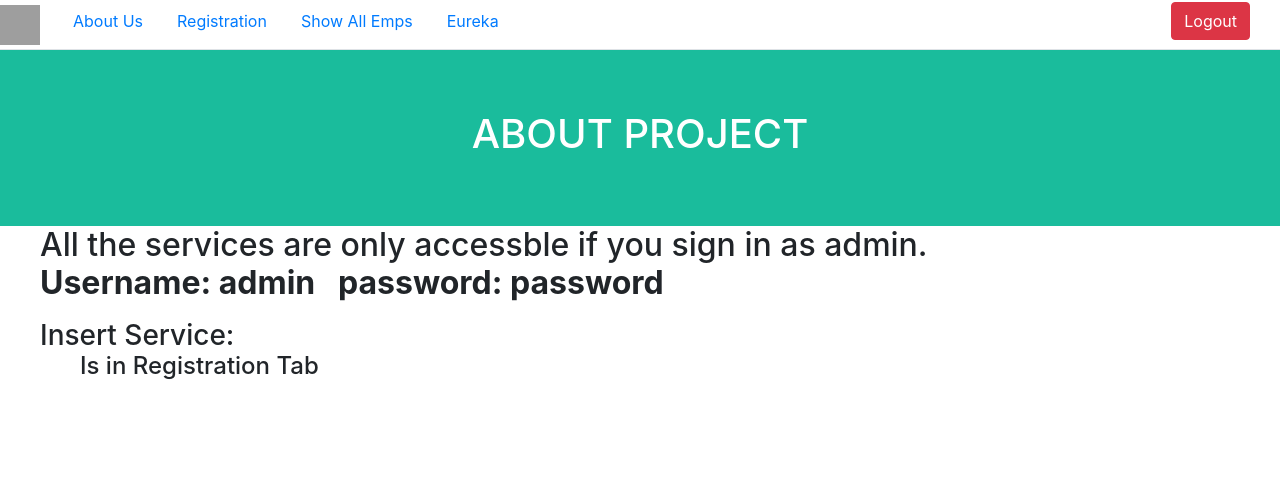
Repository: Shwetank-Chaudhary/EmployeeManagement-
Page: HomePage/src/main/webapp/AboutUs.html
The author's editor kept a copy of each file at every save. The page is drawn from the files as they stood at one save, then again after the next save.
The browser window is 1280 px wide. The pictures show the whole page.
Pictures or frames that could not be fetched are drawn as grey boxes.

Above is the page before, as saved 2024-01-01 17:15:25.

### HomePage/src/main/webapp/AboutUs.html
<!DOCTYPE html>
<html>

<head>
	<meta charset="UTF-8">
	<title>ABOUT PROJECT</title>
	<link rel="stylesheet" href="https://cdn.jsdelivr.net/npm/bootstrap@4.0.0/dist/css/bootstrap.min.css"
		integrity="sha384-Gn5384xqQ1aoWXA+058RXPxPg6fy4IWvTNh0E263XmFcJlSAwiGgFAW/dAiS6JXm" crossorigin="anonymous"
		type="text/css">

	<style>
		.header {
			padding: 60px;
			text-align: center;
			background: #1abc9c;
			color: white;
			font-size: 30px;
		}

		#logout {
			position: absolute;
			right: 30px;
			top: 2px;
		}
	</style>
</head>

<body>
	<ul class="nav nav-tabs">
		<!-- Logo -->
		<li class="nav-item">
			<a class="navbar-brand" href="Home.html">
				<img src="https://drive.google.com/uc?id=1iFuzqzRuZ8NSsH9akJaVqbD3UM7I9Yh6" alt="Logo" height="40"
					width="40">
			</a>
		</li>
		<li class="nav-item-active">
			<a class="nav-link" href="AboutUs.html">About Us</a>
		</li>
		<li class="nav-item">
			<a class="nav-link" href="./Registration.html">Registration</a>
		</li>
		<li class="nav-item">
			<a class="nav-link" href="ADMIN_showemp.html">Show All Emps</a>
		</li>
		<li class="nav-item">
			<a class="nav-link" href="http://localhost:8761/">Eureka</a>
		</li>

		<li class="nav-item">
			<a href="http://localhost:1080/logout"><button class="btn btn-danger" id="logout">Logout</button></a>
		</li>
	</ul>
	<div class="header">
		<h1>ABOUT PROJECT</h1>
	</div>
		<ul><h2>All the services are only accessble if you sign in as admin.<br>
		<b>Username: admin &nbsp; password: password</b></h2></ul>
		<h3>
			<ul>Insert Service:
			<h4><ul>Is in Registration Tab</ul></h4>
		</h3>

		</div>

</body>

</html>

After the next save:
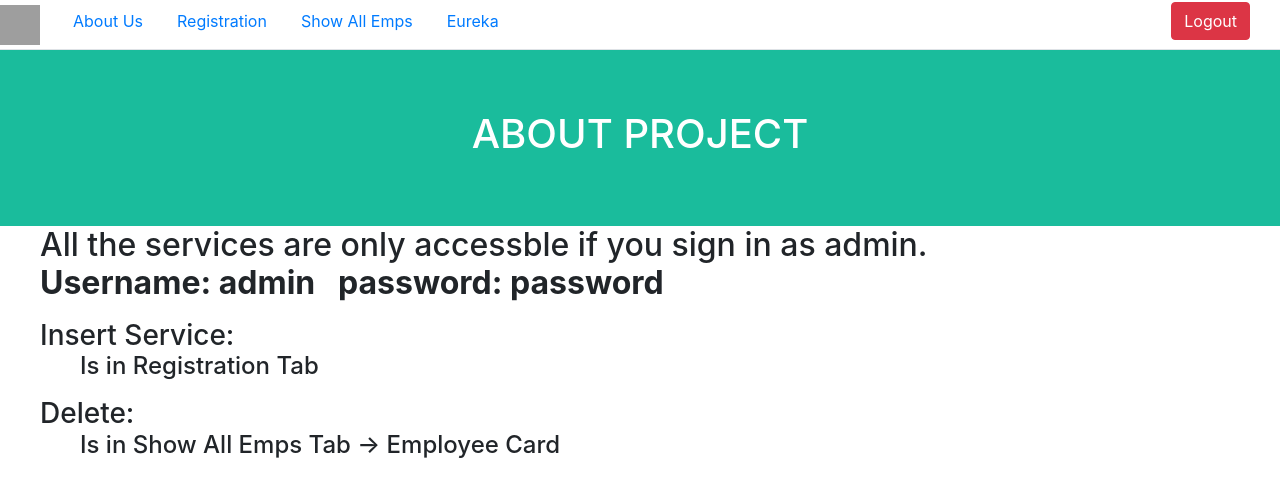
Saved 69 s later.
--- a/HomePage/src/main/webapp/AboutUs.html
+++ b/HomePage/src/main/webapp/AboutUs.html
@@ -61,6 +61,10 @@
 			<h4><ul>Is in Registration Tab</ul></h4>
 		</h3>
 
+		<h3>
+			<ul>Delete:
+			<h4><ul>Is in Show All Emps Tab -> Employee Card</ul></h4>
+		</h3>
 		</div>
 
 </body>
